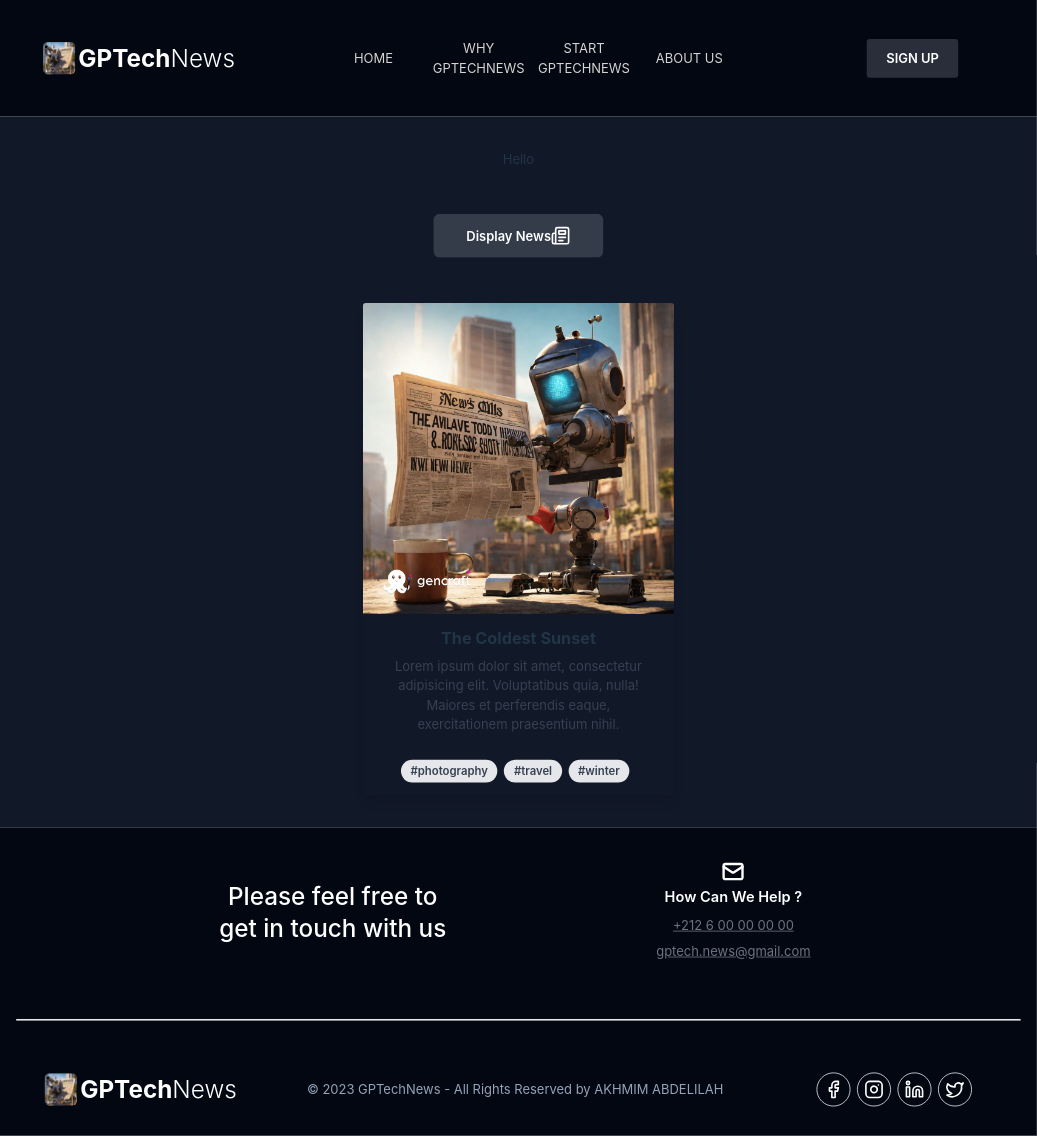
Repository: Lablab-me-Hackathon/gptech-news-frontend
Page: /
The author's editor kept a copy of each file at every save. The page is drawn from the files as they stood at one save, then again after a run of saves.
The browser window is 1280 px wide. The pictures show the whole page, at 81% of full size.
The project was rebuilt for these pictures with package versions that can differ from the ones it lists, and the page was loaded fresh each time. Also part of the build but not shown: vite.config.js.

Above is the page before, as saved 2023-08-05 17:26:36.

### index.html
<!doctype html>
<html lang="en">
  <head>
    <meta charset="UTF-8" />
    <link rel="icon" type="image/svg+xml" href="/logo.png" />
    <meta name="viewport" content="width=device-width, initial-scale=1.0" />
    <title>GPTech News</title>
  </head>
  <body>
    <div id="root"></div>
    <script type="module" src="/src/main.jsx"></script>
  </body>
</html>

### src/App.jsx
import './styles/App.css'
import Header from './components/Header'
import Main from './components/Main';
import Footer from './components/Footer';

function App() {

  return (
    <div className='w-full h-full flex-box flex-col'>
     <Header />
      <Main />
      <Footer />
    </div>
  )
}

export default App

### src/styles/index.css
@tailwind base;
@tailwind components;
@tailwind utilities;

* {
  padding: 0;
  margin: 0;
}

@layer components {
  .menu-item {
    @apply p-2 text-stone-300 text-base font-normal cursor-pointer flex-1 border-black rounded hover:text-blue-950 uppercase;
  }
  .flex-box {
    @apply flex items-center justify-center;
  }
}

:root {
  font-family: Inter, system-ui, Avenir, Helvetica, Arial, sans-serif;
  line-height: 1.5;
  font-weight: 400;

  color-scheme: light dark;
  color: rgba(255, 255, 255, 0.87);
  background-color: #242424;

  text-rendering: optimizeLegibility;
  -webkit-font-smoothing: antialiased;
  -moz-osx-font-smoothing: grayscale;
}

a {
  font-weight: 500;
  color: #646cff;
  text-decoration: inherit;
}
a:hover {
  color: #535bf2;
}

body {
  min-width: 320px;
  min-height: 100vh;
}

h1 {
  font-size: 3.2em;
  line-height: 1.1;
}

button {
  border-radius: 8px;
  border: 1px solid transparent;
  padding: 0.6em 1.2em;
  font-size: 1em;
  font-weight: 500;
  font-family: inherit;
  background-color: #1a1a1a;
  cursor: pointer;
  transition: border-color 0.25s;
}
button:hover {
  border-color: #646cff;
}
button:focus,
button:focus-visible {
  outline: 4px auto -webkit-focus-ring-color;
}

@media (prefers-color-scheme: light) {
  :root {
    color: #213547;
    background-color: #ffffff;
  }
  a:hover {
    color: #747bff;
  }
  button {
    background-color: #f9f9f9;
  }
}

### src/styles/App.css
#root {
  /* margin: 0 auto; */
  text-align: center;
}

.logo {
  height: 6em;
  padding: 1.5em;
  will-change: filter;
  transition: filter 300ms;
}
.logo:hover {
  filter: drop-shadow(0 0 2em #646cffaa);
}
.logo.react:hover {
  filter: drop-shadow(0 0 2em #61dafbaa);
}

@keyframes logo-spin {
  from {
    transform: rotate(0deg);
  }
  to {
    transform: rotate(360deg);
  }
}

@media (prefers-reduced-motion: no-preference) {
  a:nth-of-type(2) .logo {
    animation: logo-spin infinite 20s linear;
  }
}

.card {
  padding: 2em;
}

.read-the-docs {
  color: #888;
}

### src/components/Header.jsx
import MenuItems from "../services/header/MenuItems";
import Logo from "../services/header/Logo";
import SignUp from "../services/header/SignUp";

// import "../styles/Header.css";

function Header() {
  return (
    <div className="header flex-box px-2 justify-around flex-col md:flex-row w-full h-full py-5 bg-gray-950 text-center">
      <Logo />
      <MenuItems />
      <SignUp />
    </div>
  );
}

export default Header;

### src/components/Main.jsx
import Button from "../services/main/Button";
import Hello from "../services/main/Hello";
import Cards from './../services/main/Cards';

function Main() {


  return (
    <div className="text-center w-full py-10 flex-box flex-col scroll-smooth bg-gray-900">

      <div className="w-full flex-box">

          <div className="flex-box flex-col">
            <Hello />
          </div>

      </div>
      <div className="w-full flex-box">

          <div className="flex-box flex-col">
            <Button />
          </div>

      </div><div className="w-full flex-box">

        <div className="flex-box flex-col">
          <Cards />
        </div>

    </div>
    </div>
  );
}

export default Main;

### src/components/Footer.jsx

import TopFooter from './../services/footer/TopFooter';
import BotFooter from "../services/footer/BotFooter";

function Footer() {
  return (
    <div className="w-full h-full px-5 py-5 flex-box flex-col bg-gray-950 scroll-smooth text-center">
      <TopFooter />
      <div className="w-full h-px border border-neutral-200"></div>
      <BotFooter />
    </div>
  );
}

export default Footer;

### src/services/header/MenuItems.jsx
function MenuItems() {
  return (
    <div className="flex items-center justify-between py-5 ">
      <div className="menu-item">Home</div>
      <div className="menu-item">Why GPTechNews</div>
      <div className="menu-item">Start GPTechNews</div>
      <div className="menu-item">About us</div>
    </div>
  );
}

export default MenuItems;

### src/services/header/Logo.jsx

function Logo() {
  return (
    <div className="w-48 h-10 flex-box">
      <img className="w-10 h-10 mx-1 rounded-md" src="logo.png" alt='logo' />
      <div className="">
        <span className="text-white text-3xl font-bold">GPTech</span>
        <span className="text-white text-3xl font-light">News</span>
      </div>
    </div>
  )
}

export default Logo

### src/services/header/SignUp.jsx
function SignUp() {
  return (
    <div className="w-40 h-12 justify-center items-center inline-flex cursor-pointer uppercase">
      <div className="px-6 py-3.5 bg-gray-400 bg-opacity-25 rounded justify-start items-start gap-2.5 inline-flex">
        <div className="text-center text-white text-base font-semibold leading-tight">
          Sign up
        </div>
      </div>
    </div>
  );
}

export default SignUp;

### src/services/main/Button.jsx
// import { PropTypes } from "prop-types";

import { Newspaper } from "lucide-react";

const News = () => {
  // let { response } = props;
  const displayNews = async (e) => {
    e.preventDefault();
  };
  return (
    <div className="w-full flex-col md:flex-row py-10 flex-box justify-evenly">

      <button
        type="submit"
        className="px-10 py-3.5 my-4 bg-gray-400 bg-opacity-25  text-center text-white text-base font-semibold leading-tight mx-2 rounded-lg flex-box"
        onClick={displayNews}
      >
        Display News
        <Newspaper />
      </button>

    </div>
  );
}

News.propTypes = {
  // response: PropTypes.string.isRequired,
};
export default News;

### src/services/main/Hello.jsx

function Hello() {
  return (
    <div>Hello</div>
  )
}

export default Hello

### src/services/main/Cards.jsx

function Cards() {
  return (
    <div><div className="max-w-sm rounded overflow-hidden shadow-lg">
    <img className="w-full" src="ainews.jpg" alt="Sunset in the mountains" />
    <div className="px-6 py-4">
      <div className="font-bold text-xl mb-2">The Coldest Sunset</div>
      <p className="text-gray-700 text-base">
        Lorem ipsum dolor sit amet, consectetur adipisicing elit. Voluptatibus quia, nulla! Maiores et perferendis eaque, exercitationem praesentium nihil.
      </p>
    </div>
    <div className="px-6 pt-4 pb-2">
      <span className="inline-block bg-gray-200 rounded-full px-3 py-1 text-sm font-semibold text-gray-700 mr-2 mb-2">#photography</span>
      <span className="inline-block bg-gray-200 rounded-full px-3 py-1 text-sm font-semibold text-gray-700 mr-2 mb-2">#travel</span>
      <span className="inline-block bg-gray-200 rounded-full px-3 py-1 text-sm font-semibold text-gray-700 mr-2 mb-2">#winter</span>
    </div>
  </div></div>
  )
}

export default Cards

### src/services/footer/TopFooter.jsx
import { Mail} from "lucide-react";

function TopFooter() {
  return (
    <div className="top-footer w-full flex-box justify-evenly flex-col md:flex-row pb-12">
      <div className="text-white text-3xl font-medium leading-10 py-5">
        Please feel free to
        <br />
        get in touch with us
      </div>

      <div className="py-5 flex-box flex-col">
        <Mail size={28} strokeWidth={2.5} color="white" />
        <div className="py-1 text-white text-lg font-semibold leading-norma">
          How Can We Help ?
        </div>
        <div className="py-1 w-52 text-gray-500 text-base font-normal underline leading-normal">
          +212 6 00 00 00 00
        </div>

        <div className="py-1 w-52 text-gray-500 text-base font-normal underline leading-normal">
        gptech.news@gmail.com
        </div>
      </div>
    </div>
  );
}

export default TopFooter;

### src/services/footer/BotFooter.jsx
import Logo from "./../header/Logo";
import Copyright from "./Copyright";
import Social from "./Social";

function BotFooter() {
  return (
    <div className="bottom-footer w-full pt-12 flex-box justify-around flex-col md:flex-row flex-end">
      <Logo />
      <Copyright />
      <Social />
    </div>
  );
}

export default BotFooter;

### src/services/footer/Copyright.jsx
function Copyright() {
  return (
    <div className="py-5 text-slate-400 text-base font-normal">
      © 2023 GPTechNews - All Rights Reserved by AKHMIM ABDELILAH
    </div>
  );
}

export default Copyright;

### src/services/footer/Social.jsx
import { Facebook, Instagram, Linkedin, Twitter } from "lucide-react";

function Social() {
  return (
    <div className="py-3">
      <div className="flex-box text-white">
        <div className="border cursor-pointer p-2 m-1 rounded-full ">
          <Facebook size={24} strokeWidth={2} />
        </div>
        <div className="border cursor-pointer p-2 m-1 rounded-full">
          <Instagram size={24} strokeWidth={2} />
        </div>
        <div className="border cursor-pointer p-2 m-1 rounded-full">
          <Linkedin size={24} strokeWidth={2} />
        </div>
        <div className="border cursor-pointer p-2 m-1 rounded-full">
          <Twitter size={24} strokeWidth={2} />
        </div>
      </div>
    </div>
  );
}

export default Social;

Loaded but not shown: src/main.jsx (common file); tailwind.config.js (common file)

After the next 2 saves:
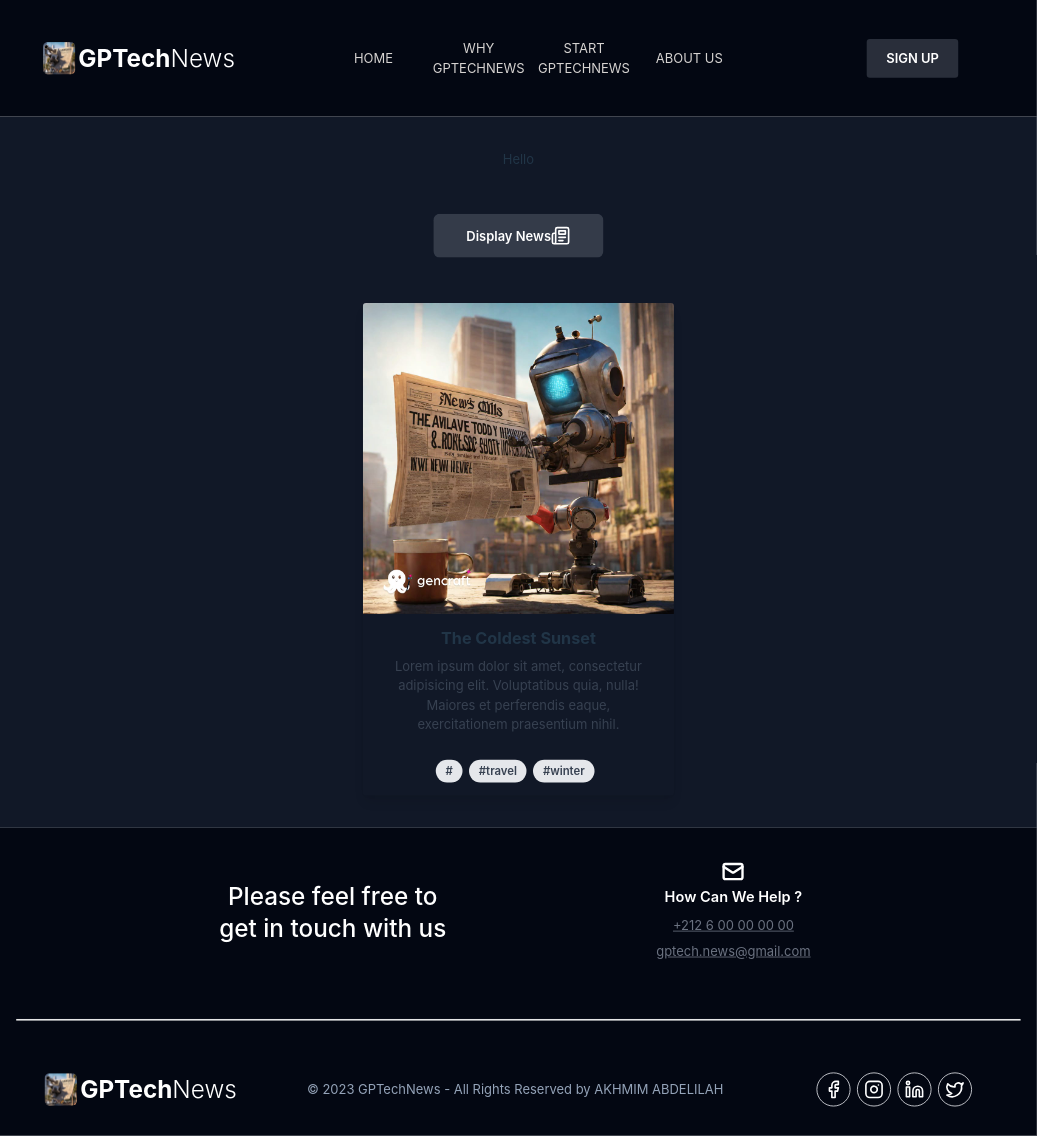
The 2 saves are shown as one change because they came seconds apart.
The last was saved 26 s later.
--- a/src/services/main/Cards.jsx
+++ b/src/services/main/Cards.jsx
@@ -10,7 +10,7 @@
       </p>
     </div>
     <div className="px-6 pt-4 pb-2">
-      <span className="inline-block bg-gray-200 rounded-full px-3 py-1 text-sm font-semibold text-gray-700 mr-2 mb-2">#photography</span>
+      <span className="inline-block bg-gray-200 rounded-full px-3 py-1 text-sm font-semibold text-gray-700 mr-2 mb-2">#</span>
       <span className="inline-block bg-gray-200 rounded-full px-3 py-1 text-sm font-semibold text-gray-700 mr-2 mb-2">#travel</span>
       <span className="inline-block bg-gray-200 rounded-full px-3 py-1 text-sm font-semibold text-gray-700 mr-2 mb-2">#winter</span>
     </div>
